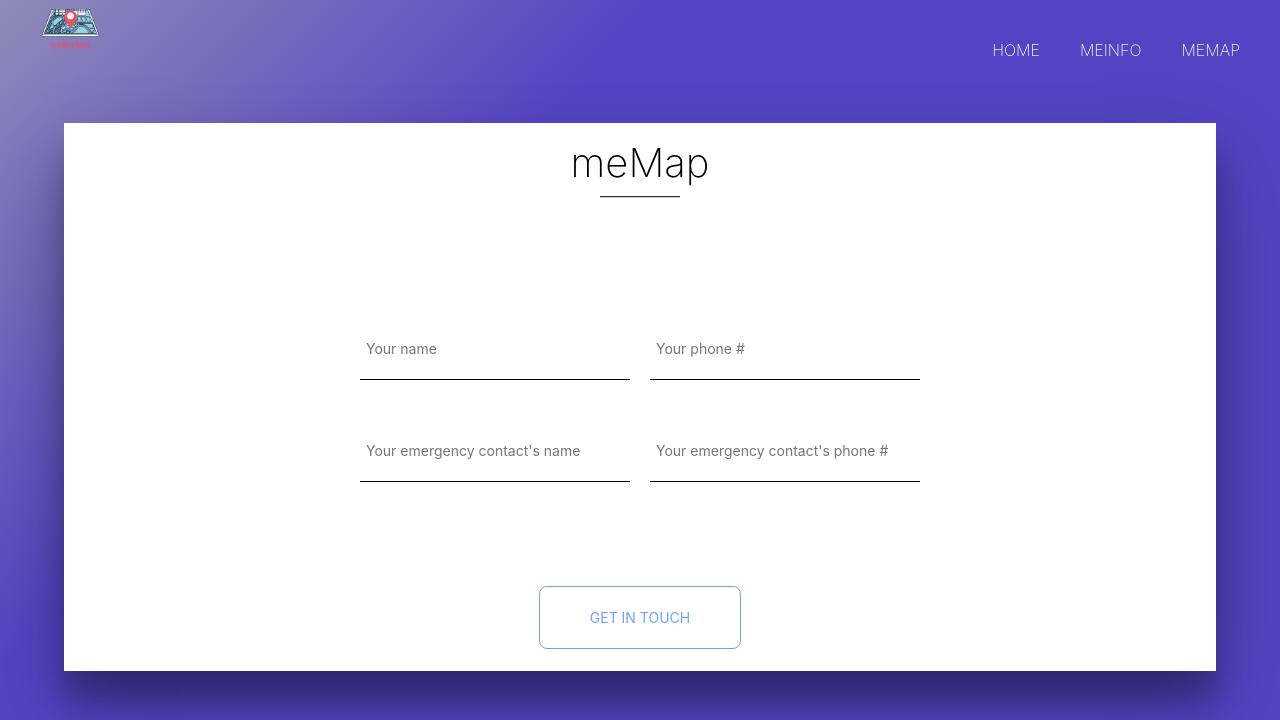
Repository: aasirvalji/saferMe
Page: /alt
An editor plug-in stored every save of this project. The page is shown before and after the next save, followed by the edit.
The browser window is 1280 px wide. The pictures show the whole page.
An inner scrolling area shows only its first screen. The project was rebuilt for these pictures with package versions that can differ from the ones it lists, and the page was loaded fresh each time. Also part of the build but not shown: src/components/Landing.js, src/styles/Services.css, src/components/Services.js, src/mapStyles.js, src/components/MapDisplay.js, src/styles/AboutDisplay.css, src/components/AboutDisplay.js, src/components/SampleDisplay.js.

Above is the page before, as saved 2020-02-16 10:35:20.

### public/index.html
<!DOCTYPE html>
<html lang="en">
  <head>
    <meta charset="utf-8" />
    <link rel="icon" href="%PUBLIC_URL%/favicon.ico" />
    <meta name="viewport" content="width=device-width, initial-scale=1" />
    <meta name="theme-color" content="#000000" />
    <meta
      name="description"
      content="Web site created using create-react-app"
    />
    <link rel="apple-touch-icon" href="%PUBLIC_URL%/logo192.png" />
    <!--
      manifest.json provides metadata used when your web app is installed on a
      user's mobile device or desktop. See https://developers.google.com/web/fundamentals/web-app-manifest/
    -->
    <link rel="manifest" href="%PUBLIC_URL%/manifest.json" />
    <!--
      Notice the use of %PUBLIC_URL% in the tags above.
      It will be replaced with the URL of the `public` folder during the build.
      Only files inside the `public` folder can be referenced from the HTML.

      Unlike "/favicon.ico" or "favicon.ico", "%PUBLIC_URL%/favicon.ico" will
      work correctly both with client-side routing and a non-root public URL.
      Learn how to configure a non-root public URL by running `npm run build`.
    -->

    <link
    rel="stylesheet"
    href="https://maxcdn.bootstrapcdn.com/bootstrap/4.3.1/css/bootstrap.min.css"
    integrity="sha384-ggOyR0iXCbMQv3Xipma34MD+dH/1fQ784/j6cY/iJTQUOhcWr7x9JvoRxT2MZw1T"
    crossorigin="anonymous"
  />

  <link rel="stylesheet" href="https://use.fontawesome.com/releases/v5.7.2/css/all.css" integrity="sha384-fnmOCqbTlWIlj8LyTjo7mOUStjsKC4pOpQbqyi7RrhN7udi9RwhKkMHpvLbHG9Sr" crossorigin="anonymous">

    <title>Aurorah</title>
  </head>
  <body>
    <noscript>You need to enable JavaScript to run this app.</noscript>
    <div id="root"></div>
    <!--
      This HTML file is a template.
      If you open it directly in the browser, you will see an empty page.

      You can add webfonts, meta tags, or analytics to this file.
      The build step will place the bundled scripts into the <body> tag.

      To begin the development, run `npm start` or `yarn start`.
      To create a production bundle, use `npm run build` or `yarn build`.
    -->
  </body>
</html>

### src/App.js
import React from 'react';
import './App.css';
import Navigate from './components/Navigate'
import Landing from './components/Landing'
import Services from './components/Services'
import MapDisplay from './components/MapDisplay'
import AltDisplay from './components/AltDisplay'
import AboutDisplay from './components/AboutDisplay'

import SampleDisplay from './components/SampleDisplay';


import {
  BrowserRouter as Router,
  Switch,
  Route,
} from "react-router-dom";

class App extends React.Component { //when working with any type of data, call it in App then pass to comp on interest

  constructor(props) {
    super(props);

  }

/* start api sample */
/*
  componentDidMount() {
    fetch("https://api.example.com/items")
      .then(res => res.json())
      .then(
        (result) => {
          this.setState({
            isLoaded: true,
            items: result.items
          });
        },
        // Note: it's important to handle errors here
        // instead of a catch() block so that we don't swallow
        // exceptions from actual bugs in components.
        (error) => {
          this.setState({
            isLoaded: true,
            error
          });
        }
      )
  }
  */
/* end api sample */
  render(){


  return (
    <Router>
    <div className="App">

    <Switch>

    <Route exact path="/">
    <div className='landing-div'>
    <Navigate></Navigate>
    <Landing></Landing>
    <img className='wave' src='https://www.ochrehealth.com.au/wp-content/uploads/2018/10/slider-wave.png' alt=''></img>  {/* wave pattern*/}
    </div>
    {/* services placement*/}
    {/* maps placement*/}
    </Route>

    <Route path="/about">
    <div className='about-background'>
    <Navigate></Navigate>

    <AboutDisplay></AboutDisplay>
    </div>
    </Route>

    <Route path="/map">
    <div className='map-background'>
    <Navigate></Navigate>

  <MapDisplay></MapDisplay>
    </div>
    </Route>

    <Route path="/graph">
    <div className='graph-background'>
    <Navigate></Navigate>


    </div>
    </Route>

    <Route path="/alt">
    <div className='alt-background'>
    <Navigate></Navigate>

    <AltDisplay></AltDisplay>
    </div>
    </Route>

    </Switch>

    </div>
    </Router>

  );
  }
}

export default App;

### src/App.css
.landing-div {
    height: 100vh;
	background: linear-gradient(-45deg, #ee7752, #e73c7e,#FF4136, #85144b);
	background-size: 400% 400%;
    animation: gradient 10s ease infinite;

}


@keyframes gradient {
	0% {
		background-position: 0% 50%;
	}
	50% {
		background-position: 100% 50%;
	}
	100% {
		background-position: 0% 50%;
	}
}

.landing-div .wave{
    margin-right: 20vh;
    height: 15vh;
    width: 100%;
    position: absolute;
    bottom: 0;
}

@media screen and (max-width:700px) {

    .landing-div {
        height: 110vh;
    }

    .landing-div .wave{
    display: none;
    }

}

.about-background{
    background: linear-gradient(-45deg, #23a6d5, #23a6d5,#23a6d5, #acceda);
    height: 100vh;
}

.map-background{
    background: linear-gradient(-45deg, #FF4136, #FF4136,#FF4136, #e7ab98);
    height: 100vh;
}

.graph-background{
    background: linear-gradient(-45deg, #e73c7e, #e73c7e,#e73c7e, #e0a0b9);
    height: 100vh;
}

.alt-background{
    background: linear-gradient(-45deg, #5444c4, #5444c4,#5444c4, #908ab9);
    height: 100vh;
}

### src/components/Navigate.js
import React from 'react';
import '../styles/Navigate.css';
import {}
from 'react-bootstrap';
import img from '../assets/86665821_178198983462585_1128028565648965632_n.png'

import { Link } from "react-router-dom";


function Navigate() {
    return (
    <>
  <div class="header">
    <h2 class="logo"><img src={img}></img></h2>
    <input type="checkbox" id="chk"></input>
    <label for="chk" class="show-menu-btn">
      <i class="fas fa-ellipsis-h"></i>
    </label>

    <ul class="menu">
      <Link to="/"><a>Home</a></Link>
      {/*<Link to="/about"><a>About</a></Link>*/}
      <Link to="/alt"><a>meInfo</a></Link>
      <Link to="/map"><a>meMap</a></Link>
      {/*<Link to="/graph"><a>eGraph</a></Link>*/}

      <label for="chk" class="hide-menu-btn">
        <i class="fas fa-times"></i>
      </label>
    </ul>
  </div>
</>
);
}


export default Navigate;

### src/components/AltDisplay.js
import React from 'react';
import '../styles/AltDisplay.css'




class AltDisplay extends React.Component{

  constructor(props){
    super(props);

    this.state = {username: "",
    userNumber: "",
    emergencyName: "",
    emergencyNumber: "",
  };

    this.handleChange = this.handleChange.bind(this);
    this.handleSubmit = this.handleSubmit.bind(this);
}



handleChange = (event) => {
  this.setState({
  [event.target.name] : event.target.value
})
}

handleSubmit(event) {
  this.sendData();
  console.log ('done')
  event.preventDefault();
  alert("Thank you for your submission, your data has been recorded")

  {/*} restore state post submission
  this.setState({
    username : '',

  }) */}

}

sendData(){

  // create a new XMLHttpRequest
  var xhr = new XMLHttpRequest()

  // get a callback when the server responds
  xhr.addEventListener('load', () => {
    // update the state of the component with the result here
    console.log(xhr.responseText)
  })
  // open the request with the verb and the url
  xhr.open('POST', 'https://valley.alishanpiyarali.repl.co/form')
  // send the request
  xhr.send(this.state.username + "," + this.state.userNumber.toString() + ","  + this.state.emergencyName + "," +this.state.emergencyNumber.toString())

  console.log('success')
}



render(){
    return(
        <>

<div className='alt-con'>

<div className='alt-header'>
<h1>meMap</h1>
</div>

<form class="contact-section" onSubmit={this.handleSubmit}>
      <div class="inner-width">

        <input type="text" class="name" placeholder="Your name" name = 'username'
        value={this.state.value} onChange={this.handleChange} ></input>

       <input type="number" class="email" placeholder="Your phone #" name ="userNumber"
       username={this.state.username} onChange={this.handleChange} ></input>

      <input type="text" class="name" placeholder="Your emergency contact's name" name = 'emergencyName'
        value={this.state.value} onChange={this.handleChange} ></input>

       <input type="number" class="email" placeholder="Your emergency contact's phone #" name ="emergencyNumber"
       username={this.state.username} onChange={this.handleChange} ></input>

        <button type='submit' value="Submit">Get in touch</button>
      </div>
    </form>

</div>

        </>
    )
}
}


export default AltDisplay;

### src/styles/Navigate.css
/* Start Navbar */

.header{
    height: 100px;
    background: transparent;
    padding: 0 20px;
    color: white;
    font-weight: 200;
  }
  .logo{
    line-height: 100px;
    float: left;
  }

  .header h2{
    font-weight: 200;
  }

  .header img{
    width: 12vh;
    height: 12vh;
    margin-left: 1vh;
  }

  .menu{
    float: right;
    line-height: 100px;
  }
  .menu a{
    color: white;
    text-transform: uppercase;
    text-decoration: none;
    padding: 0 10px;
    transition: 0.4s;
  }
  .show-menu-btn,.hide-menu-btn{
    transition: 0.4s;
    font-size: 30px;
    cursor: pointer;
    display: none;
  }
  .show-menu-btn{
    float: right;
  }
  .show-menu-btn i{
    line-height: 100px;
  }
  .menu a:hover,
  .show-menu-btn:hover,
  .hide-menu-btn:hover{
    transition: .5s;
    color: black;
  }

  #chk{
    position: absolute;
    visibility: hidden;
    z-index: -1111;
  }

  .content{
    padding: 0 20px;
  }
  .content img{
    width: 100%;
    max-width: 700px;
    margin: 20px 0;
  }
  .content p{
    text-align: justify;
  }

  @media screen and (max-width:800px) {
    .show-menu-btn,.hide-menu-btn{
      display: block;
    }
    .menu{
      position: fixed;
      width: 100%;
      height: 100vh;
      background: linear-gradient(-45deg, #ee7752, #e73c7e,#5444c4, #23a6d5);
      right: -100%;
      top: 0;
      text-align: center;
      padding: 80px 0;
      line-height: normal;
      transition: 0.7s;
      z-index: 1000;
    }
    .menu a{
      display: block;
      padding: 20px;
    }

    .menu a:hover{
      cursor: pointer;
    }

    .hide-menu-btn{
      position: absolute;
      top: 40px;
      right: 40px;
    }
    #chk:checked ~ .menu{
      right: 0;
    }
  }

  /* End Navbar */

### src/styles/Landing.css


  * {
    box-sizing: border-box;
    margin: 0;
    padding: 0;
  }


  h1 {
    line-height: 1.3;

  }

  img {
    width: 90%;
  }

  .container {
    max-width: 1200px;
    margin: auto;
    padding: 0 2rem;
    margin-top: 13vh;
  }

  .container h1, p{
    margin-top: 10vh;
    color: white;
  }

  .main-header{
    -webkit-animation: fadein 4s; /* Safari, Chrome and Opera > 12.1 */
    -moz-animation: fadein 4s; /* Firefox < 16 */
     -ms-animation: fadein 4s; /* Internet Explorer */
      -o-animation: fadein 4s; /* Opera < 12.1 */
         animation: fadein 4s;
  }

  .main-subheader{
    -webkit-animation: fadein 4s; /* Safari, Chrome and Opera > 12.1 */
    -moz-animation: fadein 4s; /* Firefox < 16 */
     -ms-animation: fadein 4s; /* Internet Explorer */
      -o-animation: fadein 4s; /* Opera < 12.1 */
         animation: fadein 4s;
  }

  .section-a {
    margin: 2rem 0;
  }

  .section-a .container {
    display: grid;
    grid-template-columns: 1fr 1fr;
    grid-gap: 3rem;
    align-items: center;
    justify-content: center;
  }

  .section-a h1 {
    font-size: 4rem;
    font-weight: 200;
  }

  .section-a p {
    font-size: 1.1rem;
    margin: 1rem 0 0 .775vh;
    font-weight: 200;
  }

  .floating{
    animation-name: floating;
    animation-duration: 3s;
    animation-iteration-count: infinite;
    animation-timing-function: ease-in-out;
    z-index: 100;
  }


  @keyframes floating {
    from { transform: translate(0,  0px); }
    50%  { transform: translate(0, 20px); }
    to   { transform: translate(0, -0px); }
}

  @media (max-width: 700px) {
    .section-a .container {
      grid-template-columns: 1fr;
      text-align: center;
    }

    .section-a .container div:first-child {
      order: 2;
    }

    .section-a .container div:nth-child(2) {
      order: -1;
    }

    .section-a img {
      width: 80%;
      margin: auto;
    }
  }

/* fade in animation*/

@keyframes fadein {
  from { opacity: 0; }
  to   { opacity: 1; }
}

/* Firefox < 16 */
@-moz-keyframes fadein {
  from { opacity: 0; }
  to   { opacity: 1; }
}

/* Safari, Chrome and Opera > 12.1 */
@-webkit-keyframes fadein {
  from { opacity: 0; }
  to   { opacity: 1; }
}

/* Internet Explorer */
@-ms-keyframes fadein {
  from { opacity: 0; }
  to   { opacity: 1; }
}

/* Opera < 12.1 */
@-o-keyframes fadein {
  from { opacity: 0; }
  to   { opacity: 1; }
}

### src/styles/MapDisplay.css
/* Try adding wave to Navbar */

.map-con{
    transform: translateY(1vh);
    color: black;
    width: 90%;
    height: 76vh;
    margin: 15px auto;
    background: white;
    overflow: hidden;
    position: relative;
    top: 0;
    -webkit-box-shadow: 0 38px 76px rgba(0, 0, 0, 0.3), 0 30px 24px rgba(0, 0, 0, 0.22);
            box-shadow: 0 38px 76px rgba(0, 0, 0, 0.3), 0 30px 24px rgba(0, 0, 0, 0.22);
            overflow-y: auto;
}

.map-con p{
    color: white;
}

.map-header h1{
    color: black;
    text-align: center;
    font-weight: 200;
    margin-top: 2vh;
    margin-bottom: 8vh;
}

.map-header h1:after {

    content: '';
    transform: translateY(1vh);
    margin: auto;
    border-bottom: .1vh solid black;
    width: 11vh;
    display: block;

}

.map-details{
    display: flex;
    flex-direction: column;
    justify-content: center;
    align-items: center;
}

.map-details p{
    font-weight: 300;
    margin: auto;
    color: black;
    text-align: center;
    width: 50%;
    margin-bottom: 3vh;
}

.marker-div{
    display: flex;
    flex-direction: column;
    justify-content: center;
    align-items: center;
}

.marker-div h2{
font-size: 1rem;
text-align: center;
margin-bottom: 1rem;
}

.marker-div {
    font-size: 1rem;
    text-align: center;
    margin-bottom: 1rem;
    }

.marker-div img{
    margin: auto;
    width: 18rem;
    height: 15rem;
    }

button{
background: none;
color: #fc0000;
border: 1px solid #fc0000;
padding: 20px 50px;
border-radius: 8px;
text-transform: uppercase;
font-size: 14px;
transition: 0.4s linear;
cursor: pointer;
}

button:hover{
    background: #fc0000;
    color: #fff;
  }

.emergencyButton{
    transform: translateY(-2.5rem);
}

/*end button*/

/* start responsive map */

/*
@media only screen and (max-width: 900px){
.map-div {
    width: 800vh;
}

}
*/

/* end responsive map */

### src/styles/AltDisplay.css
/* Try adding wave to Navbar */

.alt-con{
    transform: translateY(1vh);
    color: black;
    width: 90%;
    height: 76vh;
    margin: 15px auto;
    background: white;
    overflow: hidden;
    position: relative;
    top: 0;
    -webkit-box-shadow: 0 38px 76px rgba(0, 0, 0, 0.3), 0 30px 24px rgba(0, 0, 0, 0.22);
            box-shadow: 0 38px 76px rgba(0, 0, 0, 0.3), 0 30px 24px rgba(0, 0, 0, 0.22);
            overflow-y: auto;
}

.alt-con p{
    color: white;
}

.alt-header h1{
    color: black;
    text-align: center;
    font-weight: 200;
    margin-top: 2vh;
    margin-bottom: 8vh;
}

.alt-header h1:after {

    content: '';
    transform: translateY(1vh);
    margin: auto;
    border-bottom: .1vh solid black;
    width: 11vh;
    display: block;

}

.alt-details p{
    font-weight: 300;
    margin: auto;
    color: black;
    text-align: center;
    width: 50%;
    margin-bottom: 3vh;
}

.alt-details img{
    display: block;
    margin: 0 auto;
    height: 40vh;
    width: 50vh;
}

/* sample */

.middle{
    position: relative;
    margin: auto;
  }

  .task-list{
    width: 400px;
    padding: 40px;
    background: linear-gradient(-45deg, #ee7752, #ee7752,#ee7752, #e7ab98);
    background-size: cover;
  }
  .task-list h2{
    color: #fff;
    font-weight: 220;
  }
  .task{
    display: flex;
    padding: 10px 0;
    align-items: center;
    cursor: pointer;
    font-weight: 220;
  }

  .task input{
    position: absolute;
    visibility: hidden;
  }

  /* start remove number wheel on type input */

  input[type=number]::-webkit-inner-spin-button,

input[type=number]::-webkit-outer-spin-button {

  -webkit-appearance: none;
   appearance: none;
   display: none;
   opacity: 0;
  margin: 0;

}

/* end remove number wheel on type input */

  .task i{
    display: inline-block;
    width: 48px;
    height: 48px;
    border-radius: 50%;
    border: 1px solid white;
    text-align: center;
    line-height: 48px;
    font-size: 20px;
    margin-right: 14px;
    color: transparent;
  }

  .text{
    font-size: 18px;
    color: #fff;
  }

  .task input:checked ~ i{
    color: white;
  }

  .task input:checked ~ .text{
    text-decoration: line-through;
    color: white;
  }


  .contact-section{
    background: transparent;
    padding: 70px 0;
    text-align: center;
  }

  .inner-width{
    max-width: 600px;
    margin: auto;
    padding: 0 20px;
  }

  .contact-section h1{
    font-size: 20px;
    color: #000000;
    text-transform: uppercase;
    letter-spacing: 4px;
    font-weight: 400;
  }

  .name,.email{
    background: none;
    border:none;
    outline: none;
    border-bottom: 1px solid;
    color: #000000;
    padding: 20px 6px;
    font-size: 14px;
    margin-bottom: 40px;
  }

  .name{
    float: left;
    width: 270px;
  }

  .email{
    float: right;
    width: 270px;
  }

  .message{
    min-width: 100%;
    max-width: 100%;
  }


  .contact-section button{
    margin-top: 4rem;
    background: none;
    color: #70a1ff;
    border: 1px solid #70a1ff;
    padding: 20px 50px;
    border-radius: 8px;
    text-transform: uppercase;
    font-size: 14px;
    transition: 0.4s linear;
    cursor: pointer;
  }

  .contact-section button:hover{
    background: #70a1ff;
    color: #fff;
  }


  @media screen and (max-width:600px){
    .name,.email{
      width: 100%;
    }
  }

Loaded but not shown: src/index.js (common file); src/index.css (common file); src/serviceWorker.js (common file)

After the next save:
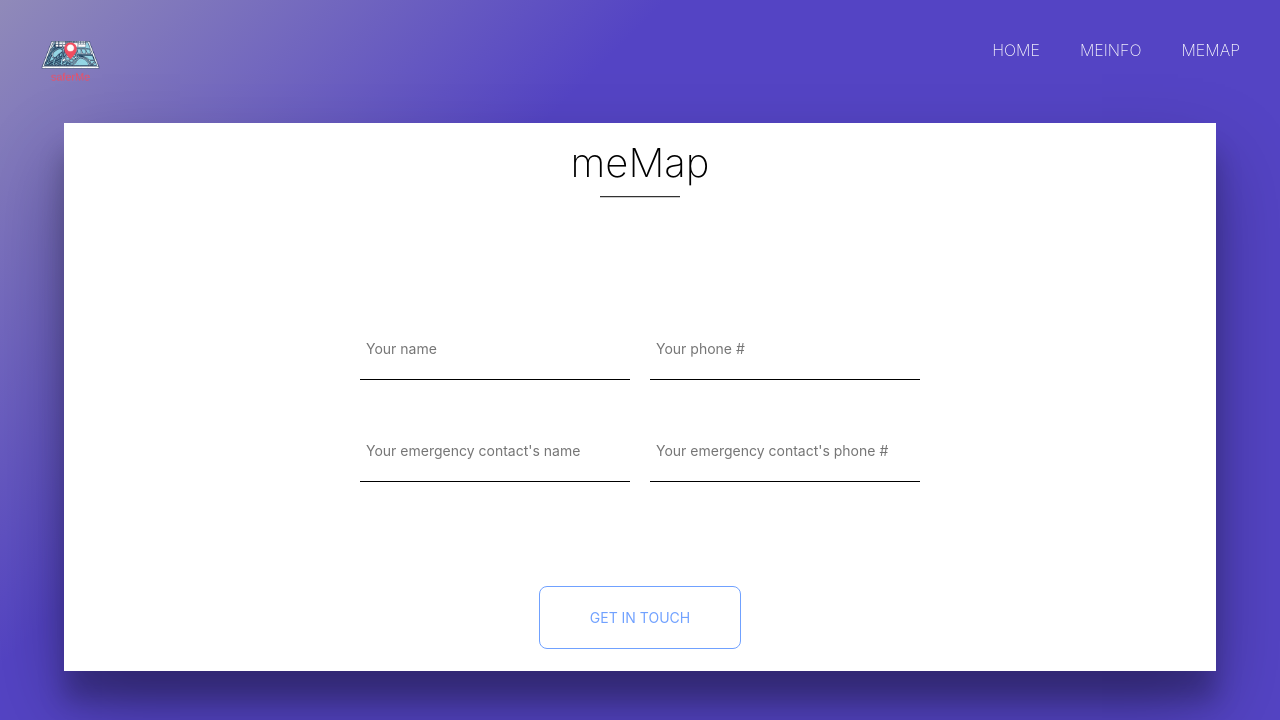
Saved 35 s later.
--- a/src/styles/Navigate.css
+++ b/src/styles/Navigate.css
@@ -20,6 +20,7 @@
     width: 12vh;
     height: 12vh;
     margin-left: 1vh;
+    transform: translateY(2rem);
   }
 
   .menu{
